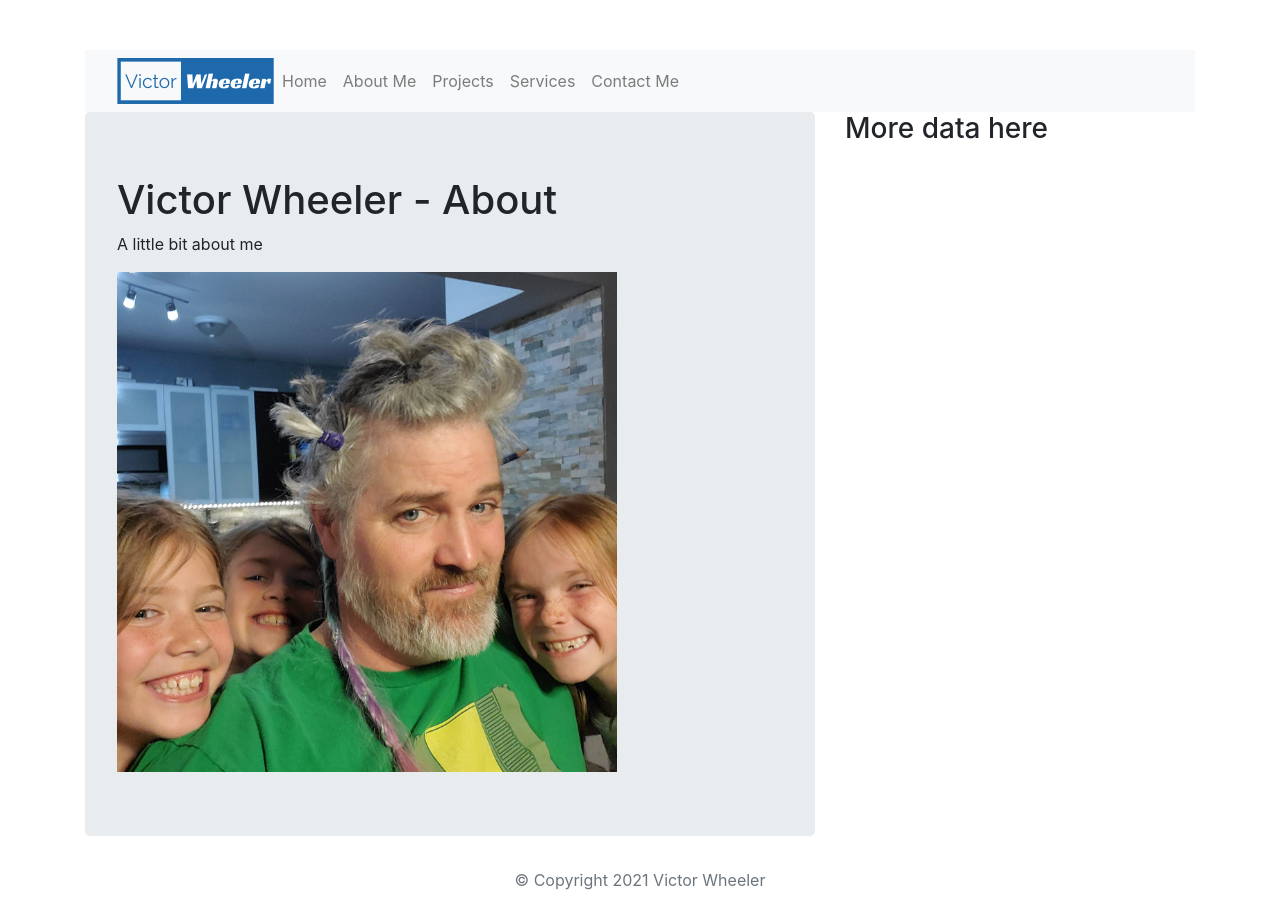
Repository: VictorWheeler/COMP_229_301167760
Page: http://localhost/about
An editor plug-in stored every save of this project. The page is shown before and after the next save, followed by the edit.
The browser window is 1280 px wide. The pictures show the whole page.
The page is served by the project's Node server (server.js).

Above is the page before, as saved 2021-09-30 09:51:51.

### Express-Portfolio-Site/views/pages/about.ejs
<!DOCTYPE html>
<html lang="en">
<head>
  <%- include('../partials/head'); %>
</head>
<body class="container">

<header>
  <%- include('../partials/header'); %>
</header>

<main>
<div class="row">
  <div class="col-sm-8">
    <div class="jumbotron">
      <h1>Victor Wheeler - About</h1>
      <p>A little bit about me</p>
      <img src="/images/aboutme.jpg" alt="Victor Wheeler" width="500" height="500">
    </div>
  </div>

  <div class="col-sm-4">
    <div class="well">
      <h3>More data here</h3>
    </div>
  </div>
</div>
</main>

<footer>
  <%- include('../partials/footer'); %>
</footer>

</body>
</html>

### Express-Portfolio-Site/views/partials/head.ejs
<meta charset="UTF-8">
<title>Victor Wheeler</title>

<!-- CSS (load bootstrap from a CDN) -->
<link rel="stylesheet" href="https://cdnjs.cloudflare.com/ajax/libs/twitter-bootstrap/4.5.2/css/bootstrap.min.css">
<style>
  body { padding-top:50px; }
</style>

### Express-Portfolio-Site/views/partials/header.ejs
<nav class="navbar navbar-expand-lg navbar-light bg-light">
  <a class="navbar-brand"></a><img class="logo" src="/images/vw_logo.png" width="157" height="46" alt="why">
   <ul class="navbar-nav mr-auto">
    <li class="nav-item">
      <a class="nav-link" href="/">Home</a>
    </li>
    <li class="nav-item">
      <a class="nav-link" href="/about">About Me</a>
    </li>
    <li class="nav-item">
      <a class="nav-link" href="/projects">Projects</a>
    </li>
    <li class="nav-item">
      <a class="nav-link" href="/services">Services</a>
    </li>
    <li class="nav-item">
      <a class="nav-link" href="/contact">Contact Me</a>
    </li>
  </ul>
</nav>

### Express-Portfolio-Site/views/partials/footer.ejs
<p class="text-center text-muted">&copy; Copyright 2021 Victor Wheeler</p>

### Express-Portfolio-Site/server.js
var express = require('express');
var app = express();
var root = require('path').join(__dirname,'/public');


// set the view engine to ejs
app.set('view engine', 'ejs');

//set public folder as static
app.use(express.static(root));

// use res.render to load up an ejs view file

// Home page page
app.get('/', function(req, res) {
  res.render('pages/index');
});

// About Me page
app.get('/about', function(req, res) {
  res.render('pages/about');
});

// Projects page
app.get('/projects', function(req, res) {
    res.render('pages/projects');
  });

  // Services page
app.get('/services', function(req, res) {
    res.render('pages/services');
  });

  // Contact Me page
app.get('/contact', function(req, res) {
    res.render('pages/contact');
  });

app.listen(3000);
console.log('Server is listening on port 3000');

After the next save:
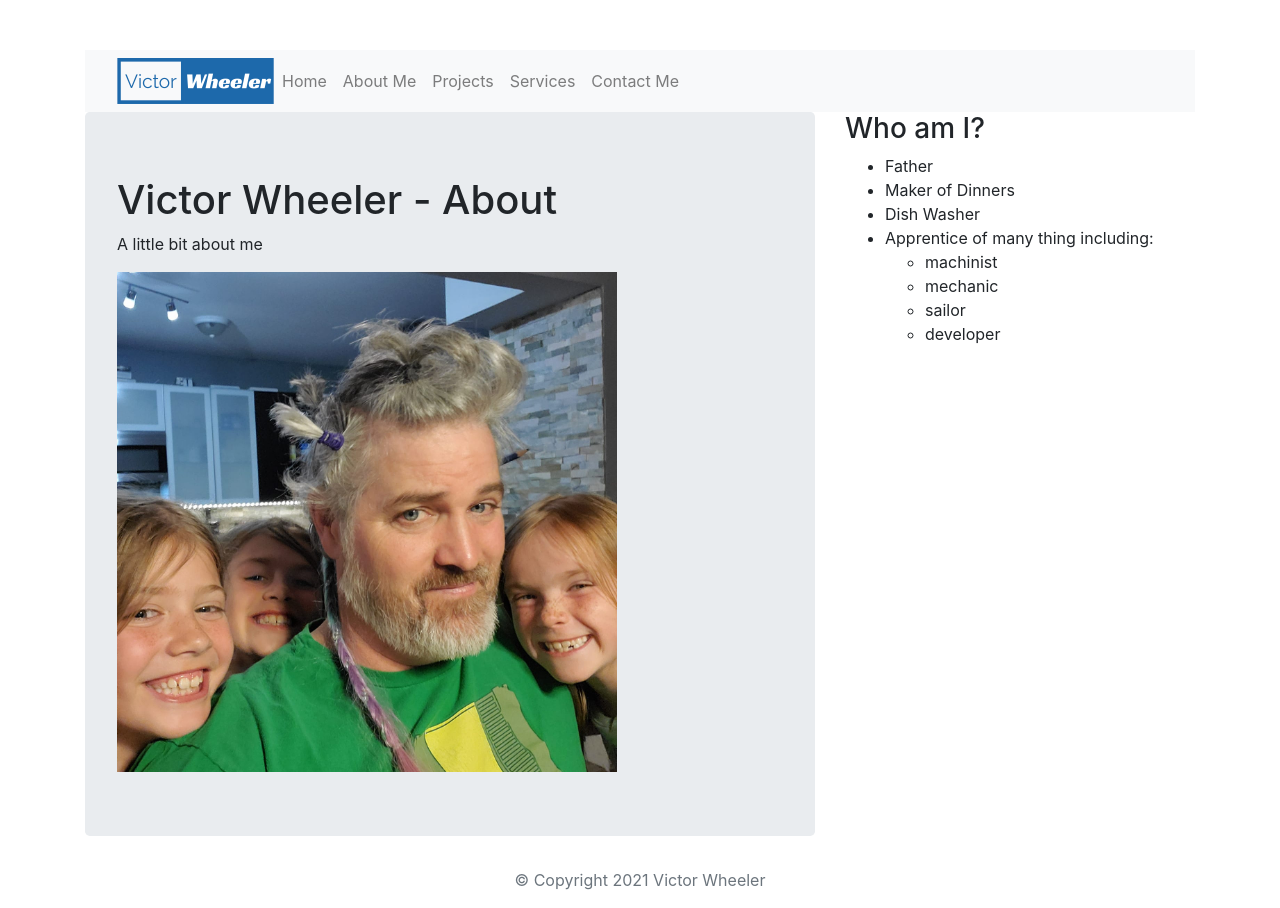
Saved 3 min 40 s later.
--- a/Express-Portfolio-Site/views/pages/about.ejs
+++ b/Express-Portfolio-Site/views/pages/about.ejs
@@ -21,7 +21,19 @@
 
   <div class="col-sm-4">
     <div class="well">
-      <h3>More data here</h3>
+      <h3>Who am I?</h3>
+      <ul>
+      <li>Father</li>
+      <li>Maker of Dinners</li>
+      <li>Dish Washer</li>
+      <li>Apprentice of many thing including:</li>
+        <ul>
+          <li>machinist</li>
+          <li>mechanic</li>
+          <li>sailor</li>
+          <li>developer</li>
+        </ul>
+      </ul>
     </div>
   </div>
 </div>
